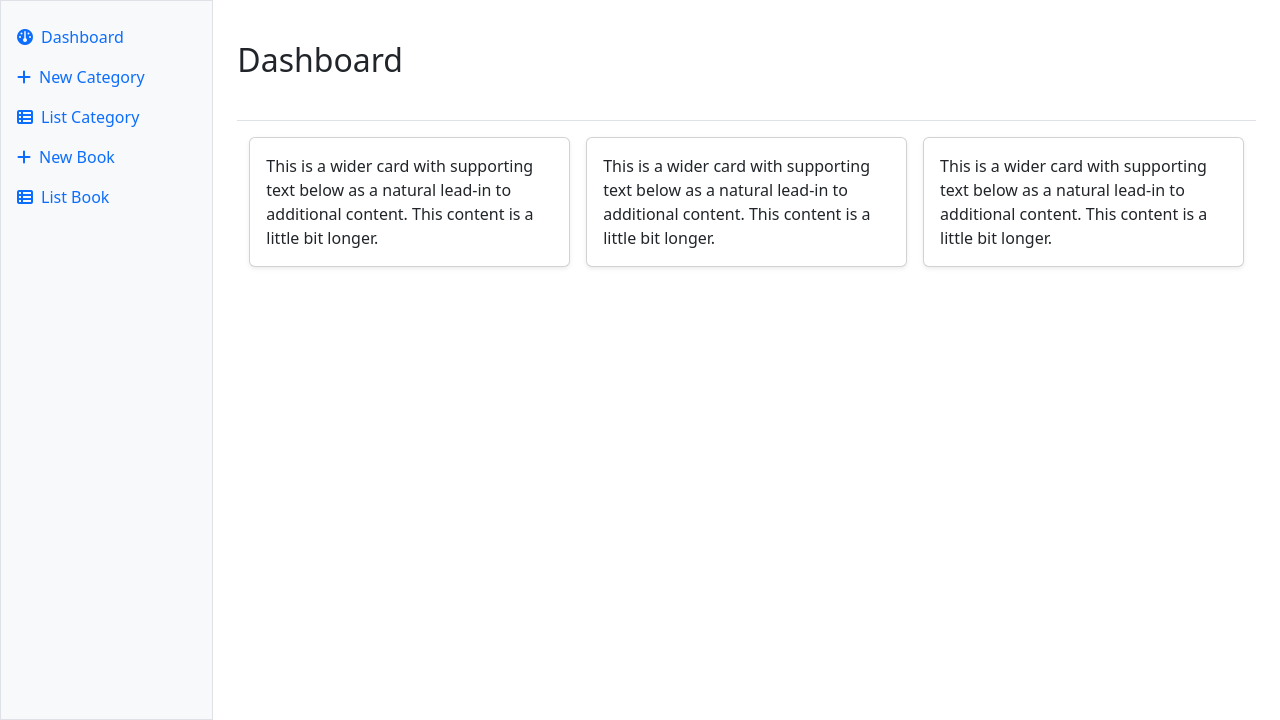
Repository: nyeinsu4520/coursera-test
Page: http://localhost/viewDashboard
These files come from the project's save history. The page is drawn as it stood at one moment and after the next save; the edit follows.
The browser window is 1280 px wide. The pictures show the whole page.
The page is this project's Thymeleaf template; nobody is signed in. The template is opened directly, without the code that normally fills it, so the values that code supplies are empty.

Above is the page before, as saved 2024-05-30 16:36:14.

After the next save:
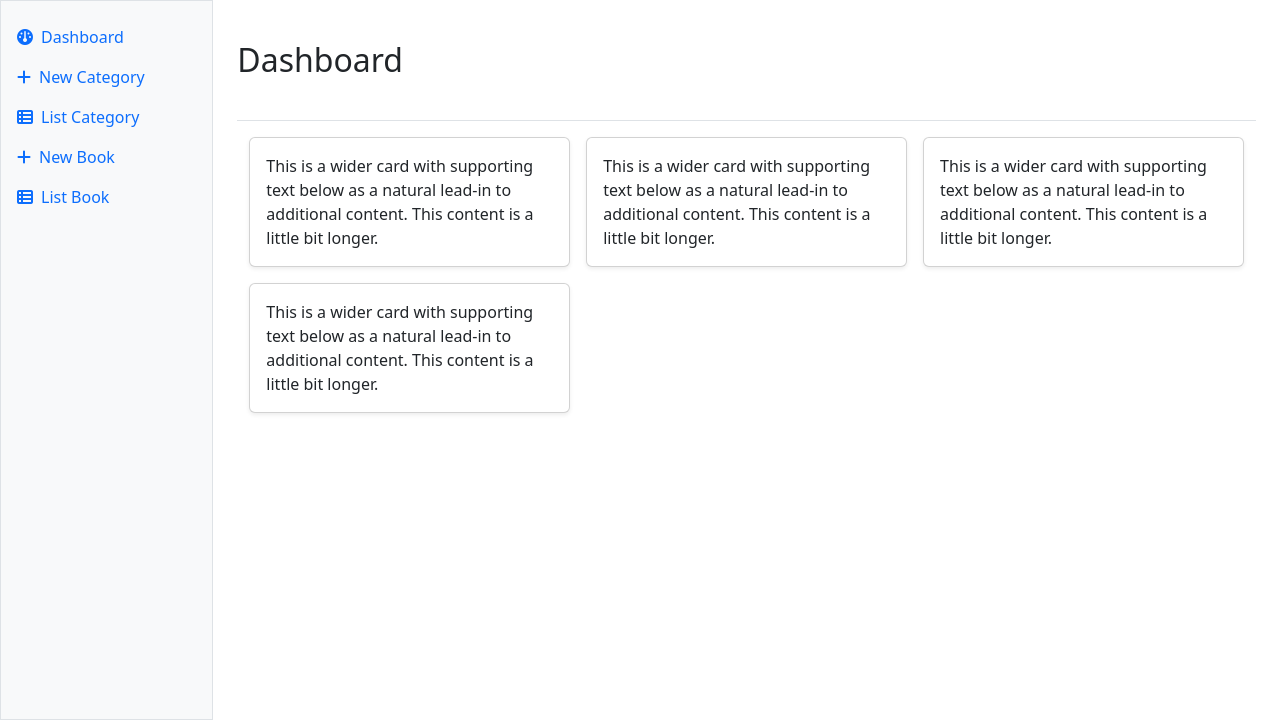
Saved 11 s later.
--- a/KetabHome/src/main/resources/templates/viewDashboard.html
+++ b/KetabHome/src/main/resources/templates/viewDashboard.html
@@ -107,6 +107,15 @@
             </div>
           </div>
         </div>
+         <div class="col">
+          <div class="card shadow-sm">
+
+            <div class="card-body">
+              <p class="card-text">This is a wider card with supporting text below as a natural lead-in to additional content. This content is a little bit longer.</p>
+
+            </div>
+          </div>
+        </div>
 
     </div>
   </div>
